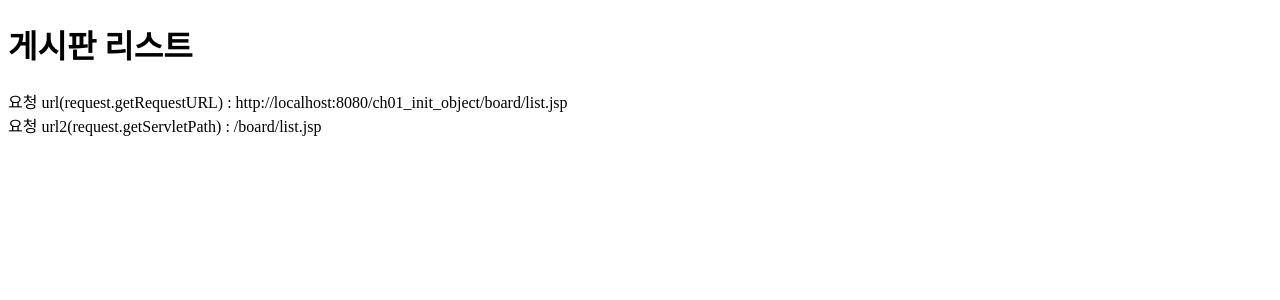
Repository: seokku/java2
Page: http://localhost/ch01_init_object/board/list.jsp
These files come from the project's save history. The page is drawn as it stood at one moment and after the next save; the edit follows.
The browser window is 1280 px wide. The pictures show the whole page.
The page is served by Tomcat 9. Other server files are loaded and not shown.

Above is the page before, as saved 2021-02-17 05:39:17.

### workspace/jsp/ch01_init_object/WebContent/board/list.jsp
<%@page import="com.webjjang.main.controller.Beans"%>
<%@ page language="java" contentType="text/html; charset=UTF-8"
    pageEncoding="UTF-8"%>

<%
// ----------- 데이터 처리
// 요청한  url 가져오기
String url = request.getRequestURL().toString();
String url2 = request.getServletPath();

// List list = Beans.get(url);

%>

<!-- 데이터 표시     -->
<!DOCTYPE html>
<html>
<head>
<meta charset="UTF-8">
<title>게시판 리스트</title>
</head>
<body>
<h1>게시판 리스트</h1>
요청 url(request.getRequestURL) : <%= url %><br/>
요청 url2(request.getServletPath) : <%= url2 %><br/>
</body>
</html>

After the next save:
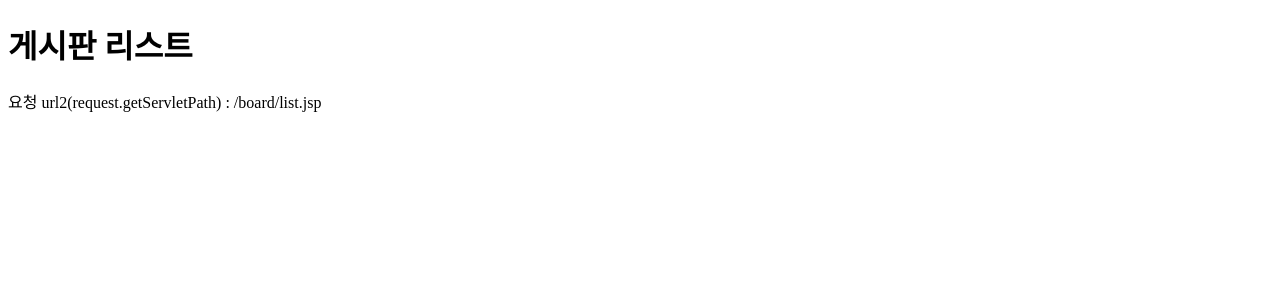
Saved 71 s later.
--- a/workspace/jsp/ch01_init_object/WebContent/board/list.jsp
+++ b/workspace/jsp/ch01_init_object/WebContent/board/list.jsp
@@ -5,7 +5,7 @@
 <%
 // ----------- 데이터 처리
 // 요청한  url 가져오기
-String url = request.getRequestURL().toString();
+// String url = request.getRequestURL().toString();
 String url2 = request.getServletPath();
 
 // List list = Beans.get(url);
@@ -21,7 +21,7 @@
 </head>
 <body>
 <h1>게시판 리스트</h1>
-요청 url(request.getRequestURL) : <%= url %><br/>
+<%-- 요청 url(request.getRequestURL) : <%= url %><br/> --%>
 요청 url2(request.getServletPath) : <%= url2 %><br/>
 </body>
 </html>
